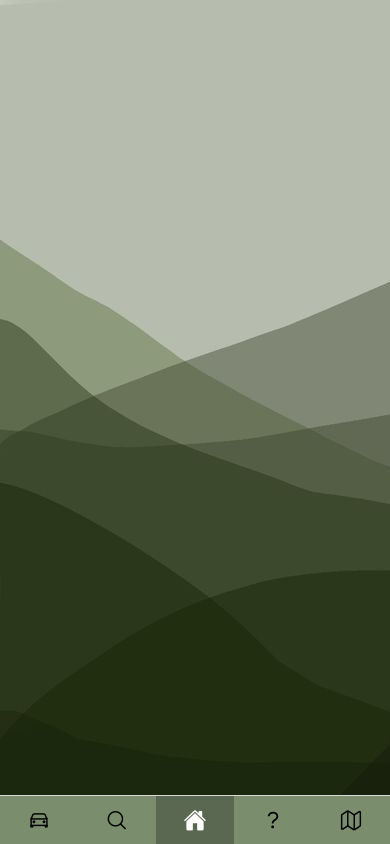
Repository: GabrielAron/EcoWheels
Screen: /Home
The author's editor kept a copy of each file at every save. The screen is drawn from the files as they stood at one save, then again after the next save.
The app was drawn by React Native's web renderer in a window 390 px wide. The project was rebuilt for these pictures with package versions that can differ from the ones it lists, and the page was loaded fresh each time. Also part of the build but not shown: src/Paginas/Carros/index.js, src/Paginas/Ajuda/index.js, src/Paginas/Mapa/index.js.

Above is the screen before, as saved 2023-11-07 12:51:47.

After the next save:
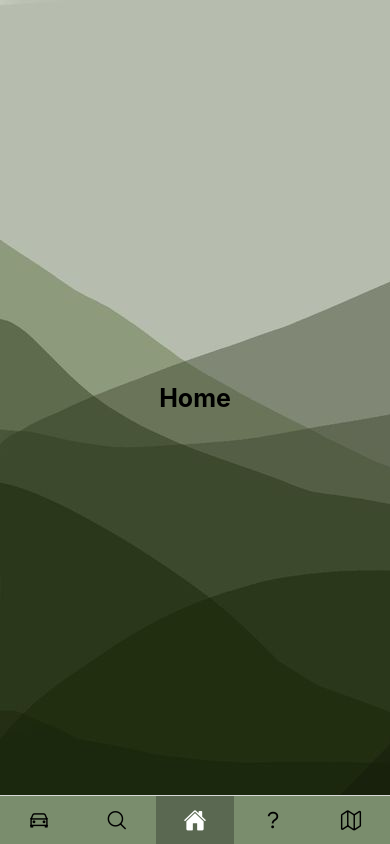
Saved 9 s later.
--- a/src/Paginas/Home/index.js
+++ b/src/Paginas/Home/index.js
@@ -6,7 +6,7 @@ export default function Home() {
   return (
     <View style={styles.container}>
       <ImageBackground source={Fundo} style={styles.image}>
-        <Text style={styles.text}></Text>
+        <Text style={styles.text}>Home</Text>
       </ImageBackground>
     </View>
   );
